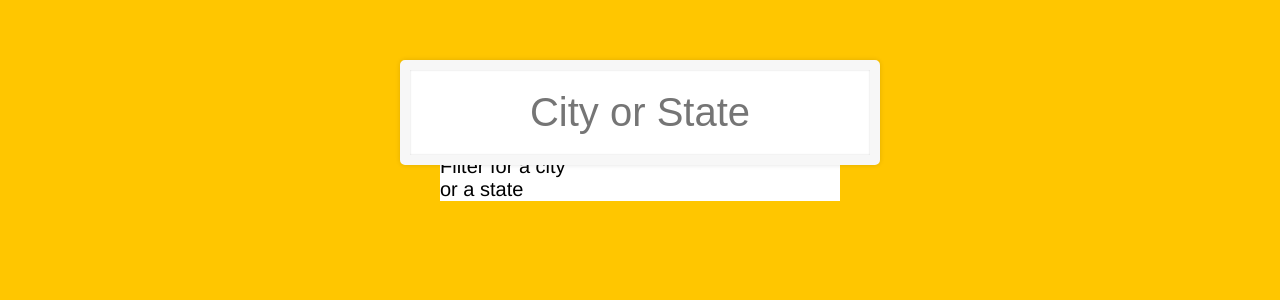
Repository: Saieebawake/Type-Ahead-City-or-State-Search
Page: index.html
These files come from the project's save history. The page is drawn as it stood at one moment and after the next save; the edit follows.
The browser window is 1280 px wide. The pictures show the whole page.
The page's requests for data from a server got no answer.

Above is the page before, as saved 2026-09-27 20:38:42.

After the next save:
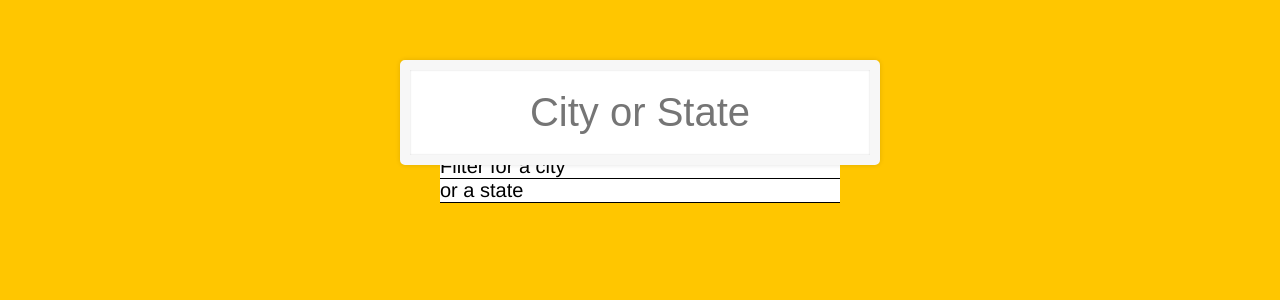
Saved 5 s later.
--- a/style.css
+++ b/style.css
@@ -44,5 +44,5 @@
 .suggestions li {
     background: white;
     list-style: none;
-    border-bottom:
+    border-bottom: 1px solid
 }

After the save that followed:
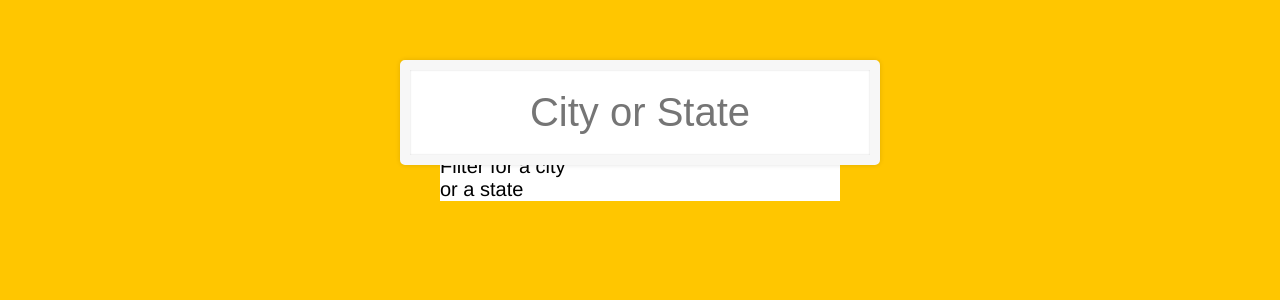
Saved 4 s later.
--- a/style.css
+++ b/style.css
@@ -44,5 +44,5 @@
 .suggestions li {
     background: white;
     list-style: none;
-    border-bottom: 1px solid
+    border-bottom: 1px solid #
 }
